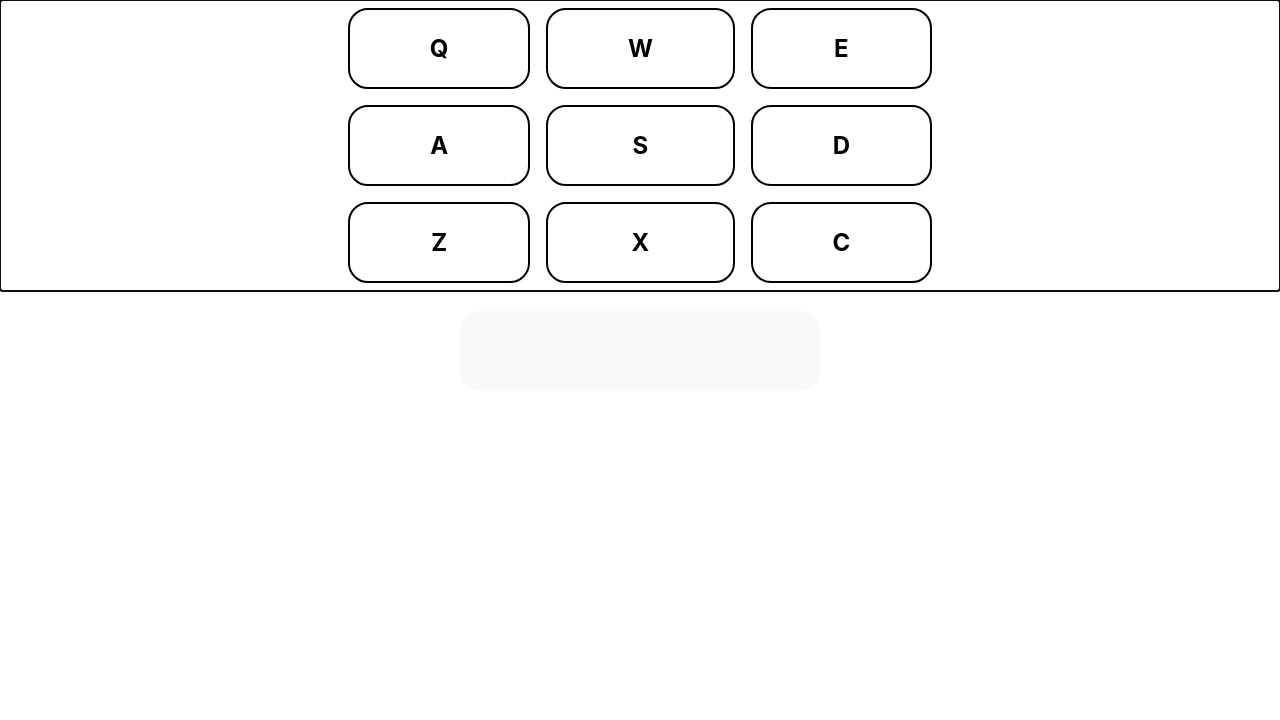
Repository: milac0/drum-machine
Page: /
These files come from the project's save history. The page is drawn as it stood at one moment and after the next save; the edit follows.
The browser window is 1280 px wide. The pictures show the whole page.
The project was rebuilt for these pictures with package versions that can differ from the ones it lists, and the page was loaded fresh each time.

Above is the page before, as saved 2019-10-25 17:55:02.

### public/index.html
<!DOCTYPE html>
<html lang="en">
  <head>
    <meta charset="utf-8" />
    <link rel="shortcut icon" href="%PUBLIC_URL%/favicon.ico" />
    <meta name="viewport" content="width=device-width, initial-scale=1" />
    <meta name="theme-color" content="#000000" />
    <!--
      manifest.json provides metadata used when your web app is installed on a
      user's mobile device or desktop. See https://developers.google.com/web/fundamentals/web-app-manifest/
    -->
    <link rel="manifest" href="%PUBLIC_URL%/manifest.json" />
    <!--
      Notice the use of %PUBLIC_URL% in the tags above.
      It will be replaced with the URL of the `public` folder during the build.
      Only files inside the `public` folder can be referenced from the HTML.

      Unlike "/favicon.ico" or "favicon.ico", "%PUBLIC_URL%/favicon.ico" will
      work correctly both with client-side routing and a non-root public URL.
      Learn how to configure a non-root public URL by running `npm run build`.
    -->
    <title>Drum Machine</title>
  </head>
  <body>
    <noscript>You need to enable JavaScript to run this app.</noscript>
    <div id="root"></div>
    <!--
      This HTML file is a template.
      If you open it directly in the browser, you will see an empty page.

      You can add webfonts, meta tags, or analytics to this file.
      The build step will place the bundled scripts into the <body> tag.

      To begin the development, run `npm start` or `yarn start`.
      To create a production bundle, use `npm run build` or `yarn build`.
    -->
    <!-- <script src="https://cdn.freecodecamp.org/testable-projects-fcc/v1/bundle.js"></script> -->
  </body>
</html>

### src/index.css
html {
  height: 100%;
}

body {
  margin: 0;
  height: 100%;
  font-family: -apple-system, BlinkMacSystemFont, "Segoe UI", "Roboto", "Oxygen",
    "Ubuntu", "Cantarell", "Fira Sans", "Droid Sans", "Helvetica Neue",
    sans-serif;
  -webkit-font-smoothing: antialiased;
  -moz-osx-font-smoothing: grayscale;
}

### src/App.js
import React, { Fragment } from "react";
import "./App.css";
import DrumPad from "./Components/DrumPad";

class App extends React.Component {
  constructor(props) {
    super(props);
    this.references = {};
    this.state = { display: "" };
    this.keyPressRef = React.createRef();
    this.handleClick = this.handleClick.bind(this);
    this.handleKeyDown = this.handleKeyDown.bind(this);
    this.getOrCreateRef = this.getOrCreateRef.bind(this);
    this.setDisplay = this.setDisplay.bind(this);
  }

  componentDidMount() {
    this.keyPressRef.current.focus();
  }

  handleClick = id => {
    // console.log(this.references[id].current);
    this.references[id].current.play();
    this.references[id].current.currentTime = 0;
    this.setDisplay(id);
  };

  handleKeyDown = e => {
    if (this.references.hasOwnProperty(e.key.toUpperCase())) {
      this.references[e.key.toUpperCase()].current.play();
      this.references[e.key.toUpperCase()].current.currentTime = 0;
    }
    this.setDisplay(e.key.toUpperCase());
  };

  setDisplay(id) {
    let display;
    try {
      display = drums.filter(elem => elem.id === id)[0].text;
    } catch {
      display = this.state.display;
    }
    console.log(display);
    this.setState({ display });
  }

  getOrCreateRef(id) {
    if (!this.references.hasOwnProperty(id)) {
      return (this.references[id] = React.createRef());
    } else return this.references[id];
  }

  render() {
    return (
      <Fragment>
        <div
          id="drum-machine"
          ref={this.keyPressRef}
          onKeyDown={this.handleKeyDown}
          tabIndex="0"
        >
          <div id="drum-pads">
            {drums.map((elem, i) => (
              <DrumPad
                name={elem.text}
                ref={this.getOrCreateRef(elem.id)}
                clickHandler={this.handleClick}
                id={elem.id}
                src={elem.src}
                key={i}
              />
            ))}
          </div>
        </div>
        <div id="display">
          <p>{this.state.display}</p>
        </div>
      </Fragment>
    );
  }
}

const drums = [
  {
    id: "Q",
    text: "hit the nail",
    src:
      "https://sampleswap.org/samples-ghost/DRUMS%20(SINGLE%20HITS)/Kicks/16[kb]808bd.aif.mp3"
  },
  {
    id: "W",
    text: "badong",
    src:
      "https://sampleswap.org/samples-ghost/DRUMS%20(SINGLE%20HITS)/Kicks/152[kb]808bd3.aif.mp3"
  },
  {
    id: "E",
    text: "stop kick",
    src:
      "https://sampleswap.org/samples-ghost/DRUMS%20(SINGLE%20HITS)/Kicks/15[kb]808bd2.aif.mp3"
  },
  {
    id: "A",
    text: "pang",
    src:
      "https://sampleswap.org/samples-ghost/DRUMS%20(SINGLE%20HITS)/Kicks/152[kb]808distbd.aif.mp3"
  },
  {
    id: "S",
    text: "boing",
    src:
      "https://sampleswap.org/samples-ghost/DRUMS%20(SINGLE%20HITS)/Kicks/67[kb]808sub.aif.mp3"
  },
  {
    id: "D",
    text: "absolute kikdrum",
    src:
      "https://sampleswap.org/samples-ghost/DRUMS%20(SINGLE%20HITS)/Kicks/69[kb]absolutely-insane-kikdrum.wav.mp3"
  },
  {
    id: "Z",
    text: "absurdistan kick",
    src:
      "https://sampleswap.org/samples-ghost/DRUMS%20(SINGLE%20HITS)/Kicks/34[kb]absurdistan-kick.wav.mp3"
  },
  {
    id: "X",
    text: "backwards in crash",
    src:
      "https://sampleswap.org/samples-ghost/DRUMS%20(SINGLE%20HITS)/Gongs%20and%20Super%20Crashes/61[kb]backwards-in-crash.aif.mp3"
  },
  {
    id: "C",
    text: "cymbals",
    src:
      "https://sampleswap.org/samples-ghost/DRUMS%20(SINGLE%20HITS)/Cymbals/100[kb]curiouscym1.aif.mp3"
  }
];

export default App;

### src/App.css
#drum-pads {
  max-width: 600px;
  margin: 0 auto;
  display: grid;
  grid-template-columns: auto auto auto;
}

.drum-pad {
  height: auto;
  margin: 0.5em;
  border: 2px solid black;
  border-radius: 20px;
  text-align: center;
}

.drum-pad p {
  font-size: 1.5rem;
  font-weight: 700;
}

#display {
  background: #f8f9f8;
  width: 90%;
  max-width: 360px;
  margin: 0 auto;
  text-align: center;
  border-radius: 20px;
}

#display p {
  padding: 2em;
  font-weight: 500;
  font-size: 1.25rem;
}

/* #display {
  margin: 0 auto;
  height: 30px;
  width: 200px;
  padding: 10px;
  background: #FDC8C8;
  text-align: center;
}

.drum-pad {
  width: 240px;
  text-align: center;
  border: 1px solid black;
  padding: 1rem 1.5rem;
}

#W {
  grid-column-start: 2;
  grid-column-end: 3;
}

#E {
  grid-column-start: 3;
  grid-column-end: 4;
}

.drum-pad:hover {
  cursor: pointer;
} */

### src/Components/DrumPad.js
import React from "react";

const DrumPad = React.forwardRef((props, ref) => (
  <div
    className="drum-pad"
    id={props.id}
    onClick={() => props.clickHandler(props.id)}
    text={props.name}
  >
    <p>{props.id}</p>
    <audio ref={ref} src={props.src} className="clip" id={props.id}></audio>
  </div>
));

export default DrumPad;

Loaded but not shown: src/index.js (common file)

After the next save:
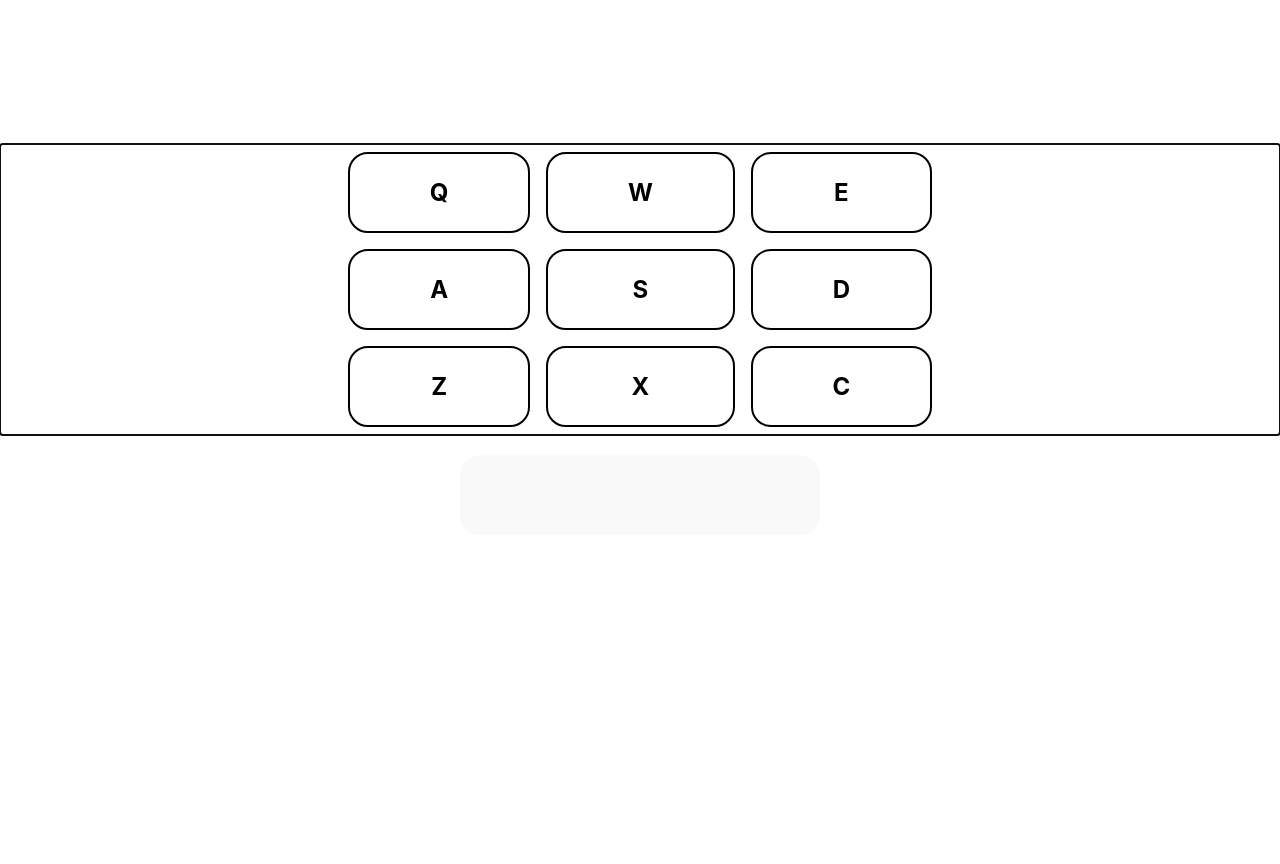
Saved 53 s later.
--- a/src/App.css
+++ b/src/App.css
@@ -1,3 +1,7 @@
+#drum-machine {
+  margin-top: 20vh;
+}
+
 #drum-pads {
   max-width: 600px;
   margin: 0 auto;
